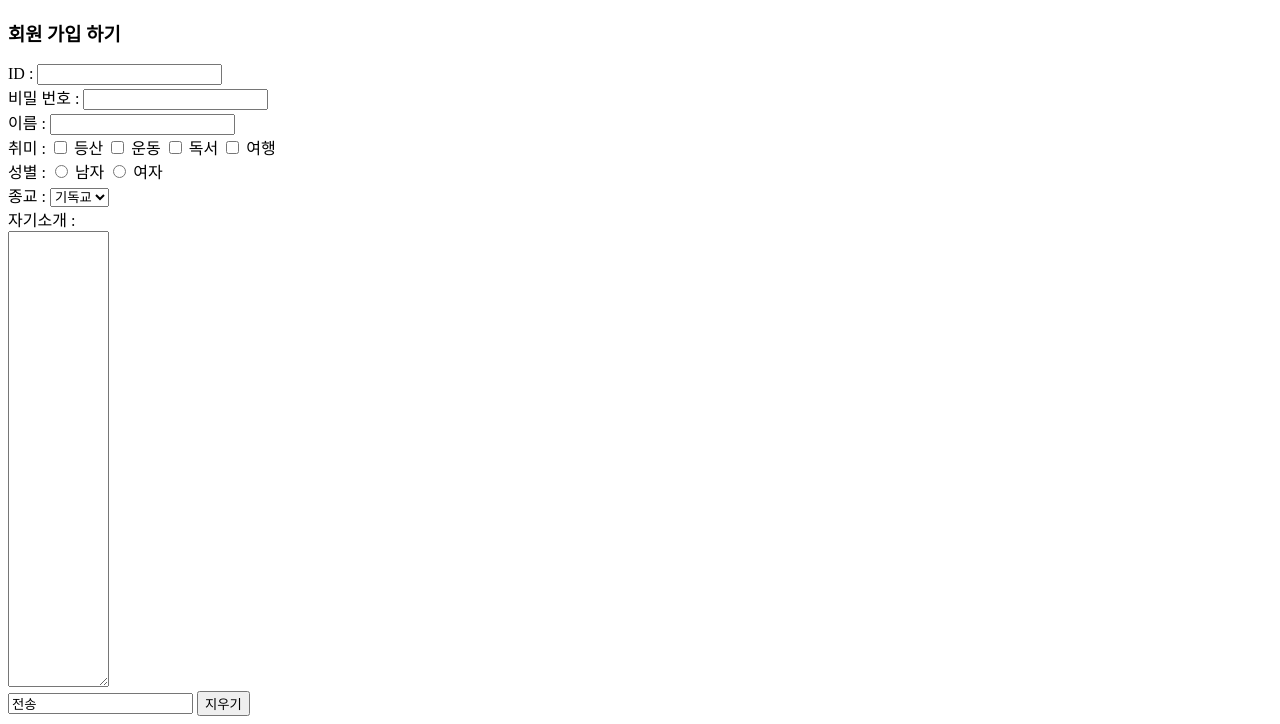
Repository: parkhayoung615/SchoolWebJSP_3
Page: http://localhost/220316/
These files come from the project's save history. The page is drawn as it stood at one moment and after the next save; the edit follows.
The browser window is 1280 px wide. The pictures show the whole page.
The page is served by Tomcat 9. Other server files are loaded and not shown.

Above is the page before, as saved 2022-03-16 00:59:35.

### 220316/220316/WebContent/index.jsp
<%@ page language="java" contentType="text/html; charset=UTF-8"
	pageEncoding="UTF-8"%>
<!DOCTYPE html>
<html>
<head>
<meta charset="UTF-8">
<title>Insert title here</title>
</head>
<body>
	<h3>회원 가입 하기</h3>
	<form action="/Test01/member" method="get">
		ID : <input type="text" name="id"> <br> 비밀 번호 : <input
			type="password" name="pwd"> <br> 이름 : <input type="text"
			name="name"> <br> 취미 : <input type="checkbox"
			name="hobby" value="climbing"> 등산 <input type="checkbox"
			name="hobby" value="sports"> 운동 <input type="checkbox"
			name="hobby" value="reading"> 독서 <input type="checkbox"
			name="hobby" value="traveling"> 여행 <br> 성별 : <input
			type="radio" name="gender" value="male"> 남자 <input
			type="radio" name="gender" value="female"> 여자 <br> 종교 :
		<select name="religion">
			<option value="christianity">기독교
			<option value="buddhism">불교
			<option value="catholicism">천주교
			<option value="atheism">무교
		</select> <br> 자기소개 : <br>
		<textarea rows="30" cols="10" name="introduction"> </textarea>
		<br> <input type="sumbit" value="전송"> <input type="reset"
			value="지우기">
	</form>
</body>
</html>

After the next save:
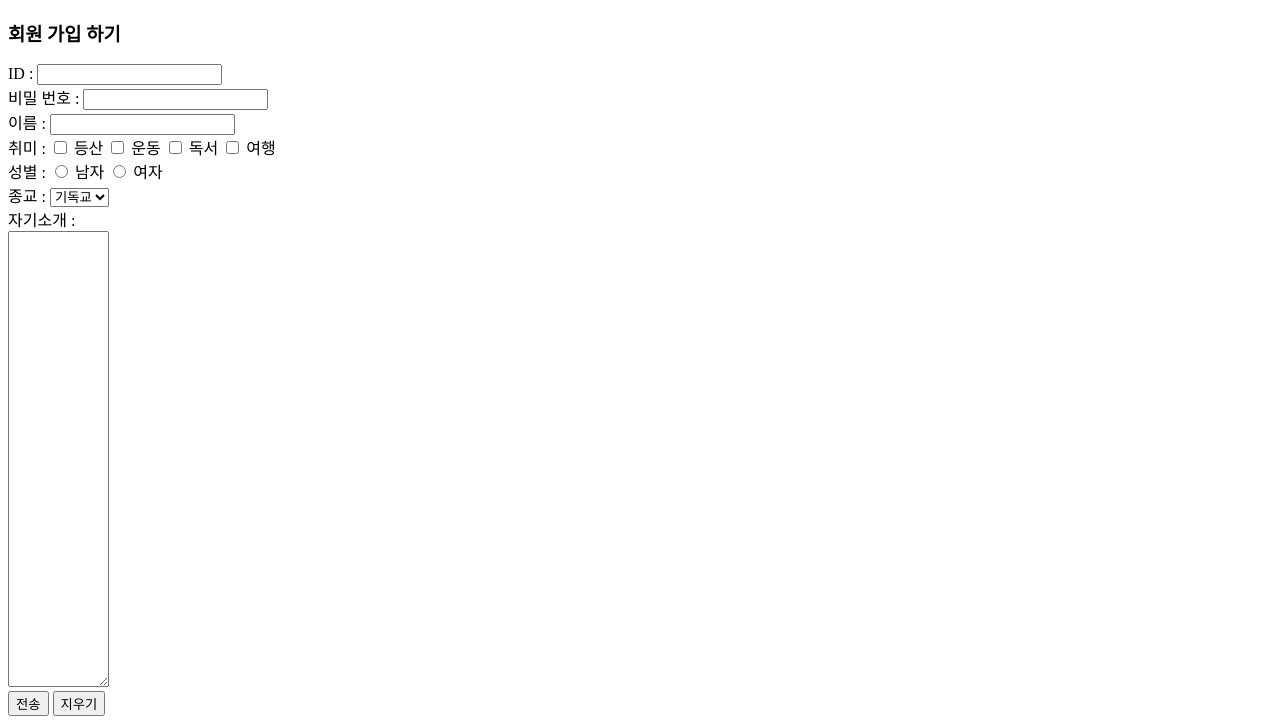
Saved 2 min 21 s later.
--- a/220316/220316/WebContent/index.jsp
+++ b/220316/220316/WebContent/index.jsp
@@ -25,7 +25,7 @@
 			<option value="atheism">무교
 		</select> <br> 자기소개 : <br>
 		<textarea rows="30" cols="10" name="introduction"> </textarea>
-		<br> <input type="sumbit" value="전송"> <input type="reset"
+		<br> <input type="submit" value="전송"> <input type="reset"
 			value="지우기">
 	</form>
 </body>
